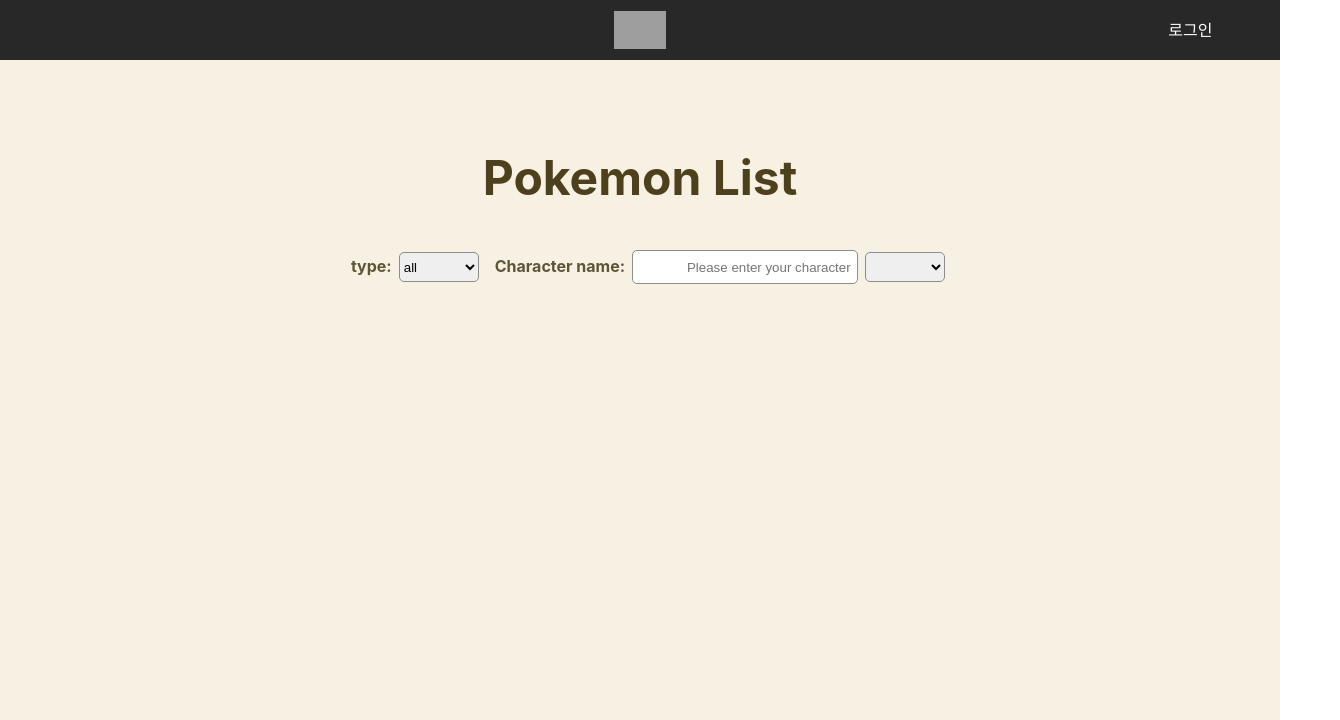
Repository: LeeYuNa0402/pokemon_vite
Page: /
An editor plug-in stored every save of this project. The page is shown before and after the next save, followed by the edit.
The browser window is 1280 px wide. The page is 1340 px wide, so the pictures cover 1340 px, including what lies to the right of the window. The pictures show the whole page.
Pictures or frames that could not be fetched are drawn as grey boxes. The page's requests for data from a server got no answer. The project was rebuilt for these pictures with package versions that can differ from the ones it lists, and the page was loaded fresh each time. No one was signed in, and anything a server would have sent is missing. Also part of the build but not shown: vite.config.ts, src/css/pokemon_type.css, src/PokemonDetail.tsx, src/Login.tsx, src/LoginInfo.tsx.

Above is the page before, as saved 2023-10-05 16:24:44.

### src/main.tsx
// import React from "react";
// import ReactDOM from "react-dom/client";
// import App from "./App.tsx";
// import "./index.css";

// ReactDOM.createRoot(document.getElementById("root")!).render(
//   <>
//     <App />
//   </>
// );

import ReactDOM from "react-dom/client";
import "./index.css";
import App from "./App";
import PokemonDetail from "./PokemonDetail";
import Login from "./Login";
import LoginInfo from "./LoginInfo";

import { createBrowserRouter, RouterProvider } from "react-router-dom";

const router = createBrowserRouter([
  {
    path: "/",
    element: <App />,
  },
  {
    path: ":name",
    element: <PokemonDetail />,
  },
  {
    path: "Login",
    element: <Login />,
  },
  {
    path: "LoginInfo",
    element: <LoginInfo />,
  },
]);

// const router = createBrowserRouter([
//   {
//     path: "/",
//     element: <Login />,
//   },
//   {
//     path: ":name",
//     element: <PokemonDetail />,
//   },
//   {
//     path: "App",
//     element: <App />,
//   },
//   {
//     path: "LoginInfo",
//     element: <LoginInfo />,
//   },
// ]);

const root = ReactDOM.createRoot(
  document.getElementById("root") as HTMLElement
);
root.render(<RouterProvider router={router} />);

### src/App.tsx
import PokemonList from "./PokemonList";

const App = () => {
  return (
    <div>
      <PokemonList />
    </div>
  );
};

export default App;

### src/PokemonList.tsx
import { useEffect, useState } from "react";
import axios from "axios";
import { useNavigate } from "react-router-dom";
import "./css/reset.css";
import "./css/style.css";
import CombineMenu from "./CombineMenu";
import Loading from "./Loading";

const PokemonList = () => {
  const navigate = useNavigate();
  // const { state } = useLocation();
  const [data, setData] = useState<any>([]);

  const [loading, setLoading] = useState(true);

  const [filterInput, setFilterInput] = useState("");
  const [filterSelect, setFilterSelect] = useState("all");
  const [sortName, setSortName] = useState("");
  const filterOptions = [
    { value: "all", name: "all" },
    { value: "grass", name: "grass" },
    { value: "poison", name: "poison" },
    { value: "fire", name: "fire" },
    { value: "flying", name: "flying" },
    { value: "water", name: "water" },
    { value: "bug", name: "bug" },
    { value: "normal", name: "normal" },
  ];

  useEffect(() => {
    const fetchData = async () => {
      const pokemonData = [];

      for (let i = 1; i <= 20; i++) {
        try {
          const response = await axios.get(
            `https://pokeapi.co/api/v2/pokemon/${i}`
          );
          pokemonData.push(response.data);
        } catch (error) {
          console.log(error, `pokemon ${i}`);
        }
      }

      setData(pokemonData);
      setLoading(false);
    };

    fetchData();
  }, []);

  const filteredData = data.filter((item: any) => {
    if (item.name.toLowerCase().includes(filterInput.toLowerCase()) === false) {
      console.log("없음");
    } else {
      if (filterSelect === "all") {
        return item.name.toLowerCase().includes(filterInput.toLowerCase());
      } else {
        return (
          item.name.toLowerCase().includes(filterInput.toLowerCase()) &&
          item.types.some((type: any) => type.type.name === filterSelect)
        );
      }
    }
  });

  return (
    <div className="pokemon-list">
      {loading ? (
        <Loading />
      ) : (
        <>
          <CombineMenu />

          <h1 className="main-tit">Pokemon List</h1>
          <form className="pokemon-search">
            <label htmlFor="types">type:</label>
            <select
              id="types"
              value={filterSelect}
              onChange={(e) => {
                setFilterSelect(e.target.value);
              }}
            >
              {filterOptions.map((option) => (
                <option key={option.value} value={option.value}>
                  {option.name}
                </option>
              ))}
            </select>

            <label htmlFor="types">Character name:</label>
            <input
              type="text"
              placeholder="
              Please enter your character name..."
              value={filterInput}
              onChange={(e) => {
                setFilterInput(e.target.value);
              }}
              className="search_input"
            />

            <select
              value={sortName}
              onChange={(e) => setSortName(e.target.value)}
            ></select>
          </form>
          <ul className="pokemon-cont">
            {filteredData?.map((item: any, index: number) => (
              <li
                onClick={() =>
                  navigate(item.name, {
                    state: {
                      name: item.name,
                      height: item.height,
                      weight: item.weight,
                      front_shiny: item.sprites.front_default,
                    },
                  })
                }
                key={`list_${index}`}
              >
                <span className="order"># {item.order}</span>
                <h2 className="name">{item.name}</h2>
                <img key={`list_${index}`} src={item.sprites.front_shiny} />

                <div>
                  {item?.types?.map((item: any, idx: any) => (
                    <p
                      key={`${idx}_${item.ability}`}
                      className={
                        item.type.name == "grass"
                          ? "grass"
                          : item.type.name == "water"
                          ? "water"
                          : item.type.name == "fire"
                          ? "fire"
                          : item.type.name == "bug"
                          ? "bug"
                          : item.type.name == "normal"
                          ? "normal"
                          : item.type.name == "poison"
                          ? "poison"
                          : item.type.name == "flying"
                          ? "flying"
                          : ""
                      }
                    >
                      {item.type.name}
                    </p>
                  ))}
                </div>
              </li>
            ))}
          </ul>
        </>
      )}
    </div>
  );
};

export default PokemonList;

### src/css/reset.css
html,
body,
div,
span,
applet,
object,
iframe,
h1,
h2,
h3,
h4,
h5,
h6,
p,
blockquote,
pre,
a,
abbr,
acronym,
address,
big,
cite,
code,
del,
dfn,
em,
img,
ins,
kbd,
q,
s,
samp,
small,
strike,
strong,
sub,
sup,
tt,
var,
b,
u,
i,
center,
dl,
dt,
dd,
ol,
ul,
li,
fieldset,
form,
label,
legend,
table,
caption,
tbody,
tfoot,
thead,
tr,
th,
td,
article,
aside,
canvas,
details,
embed,
figure,
figcaption,
footer,
header,
hgroup,
menu,
nav,
output,
ruby,
section,
summary,
time,
mark,
audio,
video {
  margin: 0;
  padding: 0;
  border: 0;
  font-size: 100%;
  font: inherit;
  vertical-align: baseline;
  /* color: #000; */
}
/* HTML5 display-role reset for older browsers */
article,
aside,
details,
figcaption,
figure,
footer,
header,
hgroup,
menu,
nav,
section {
  display: block;
}
body {
  line-height: 1;
}
ol,
ul {
  list-style: none;
}
blockquote,
q {
  quotes: none;
}
blockquote:before,
blockquote:after,
q:before,
q:after {
  content: "";
  content: none;
}
table {
  border-collapse: collapse;
  border-spacing: 0;
}

### src/css/style.css
#root {
  display: flex;
  justify-content: center;
  align-items: flex-start;
  /* height: 100vh; */
  /* background-color: rgba(26, 82, 142, 1);
    background-image: linear-gradient(to top, #304667, #041f4c);
    background: linear-gradient(to top, #304667, rgba(66, 16, 100, 0.6)),
      url(../image/cloude.png) no-repeat right 0; */
  background-color: #f6f1e3;
  /* padding: 8rem 0 8rem; */
  min-height: 100vh;
  width: 100%;
}

.pokemon-detail {
  text-align: center;
  width: 41%;
  background-color: #fcfcfc;
  border-radius: 20px;
  padding: 4rem 0;
  --tw-shadow: 0 4px 6px -1px rgb(0 0 0 / 0.1), 0 2px 4px -2px rgb(0 0 0 / 0.1);
  --tw-shadow-colored: 0 4px 6px -1px var(--tw-shadow-color),
    0 2px 4px -2px var(--tw-shadow-color);
  box-shadow: var(--tw-ring-offset-shadow, 0 0 #0000),
    var(--tw-ring-shadow, 0 0 #0000), var(--tw-shadow);
}

.pokemon-detail .name {
  font-size: 2rem;
  font-weight: bold;
  color: #746b4a;
}

.pokemon-detail .detail-img {
  width: 20%;
  border: 1px solid #8d7e49;
  margin: 1rem 0;
  --tw-shadow: 0 4px 6px -1px rgb(0 0 0 / 0.1), 0 2px 4px -2px rgb(0 0 0 / 0.1);
  --tw-shadow-colored: 0 4px 6px -1px var(--tw-shadow-color),
    0 2px 4px -2px var(--tw-shadow-color);
  box-shadow: var(--tw-ring-offset-shadow, 0 0 #0000),
    var(--tw-ring-shadow, 0 0 #0000), var(--tw-shadow);
  border-radius: 2%;
}

.pokemon-detail .characteristic {
  color: #282828;
}

.pokemon-detail .go-back-btn {
  position: absolute;
  top: 31%;
  left: 68.4%;
  transform: translate(-50%);
  background-color: #484848;
  /* width: 35px; */
  /* height: 35px; */
  border: none;
  border: 1px solid #484848;
  cursor: pointer;
  border-radius: 5px;
  transition: 0.3s;
  color: #fff;
  padding: 0.4rem 0.8rem;
}

.pokemon-detail .go-back-btn:hover {
  background-color: #fff;
  color: #000;
}

.pokemon-list {
  /* max-width: 1400px; */
  width: 100%;
  width: 1400px;
  margin-top: 11%;
}

.pokemon-list h1 {
  /* color: #ffc400;
    list-style: none;
    padding-left: 0px;
    text-align: center;
    margin-top: 0;
    font-size: 3rem;
    font-weight: bold; */
  /* padding-top: 5rem; */
}

.pokemon-list .order {
  font-size: 0.9rem;
  color: #b0a48b;
  position: absolute;
  top: 5%;
  left: 5%;
}

.main-tit {
  text-align: center;
  color: #4c411a;
  font-size: 3rem;
  font-weight: bold;
}

.pokemon-cont {
  display: flex;
  justify-content: flex-start;
  align-items: center;
  flex-wrap: wrap;
  list-style: none;
  padding-left: 0px;
  margin-top: 3rem;
  padding-bottom: 9rem;
}

.pokemon-cont li {
  position: relative;
  background-color: #fcfcfc;
  width: 24%;
  padding: 2rem 1rem;
  margin-bottom: 1rem;
  margin-right: 1%;
  text-align: center;
  cursor: pointer;
  transition: 0.3s;
  color: #6e623c;
  font-weight: bold;
  font-size: 1.1rem;
  --tw-shadow: 0 4px 6px -1px rgb(0 0 0 / 0.1), 0 2px 4px -2px rgb(0 0 0 / 0.1);
  --tw-shadow-colored: 0 4px 6px -1px var(--tw-shadow-color),
    0 2px 4px -2px var(--tw-shadow-color);
  box-shadow: var(--tw-ring-offset-shadow, 0 0 #0000),
    var(--tw-ring-shadow, 0 0 #0000), var(--tw-shadow);
  border-radius: 18px;
  box-sizing: border-box;
}

.pokemon-cont li:hover {
  transform: scale(1.05);
}

.pokemon-cont li:nth-child(4n) {
  margin-right: 0;
}

.pokemon-detail {
  text-align: center;
  margin: 29vh 0;
}
.pokemon-name {
  font-size: 2rem;
  font-weight: bold;
  color: #ffc400;
}

.main-cha {
  border: 1px solid gray;
  padding: 3rem;
  margin: 1rem 0;
  transition: 0.2s;
  --tw-shadow: 0 4px 6px -1px rgb(0 0 0 / 0.1), 0 2px 4px -2px rgb(0 0 0 / 0.1);
  --tw-shadow-colored: 0 4px 6px -1px var(--tw-shadow-color),
    0 2px 4px -2px var(--tw-shadow-color);
  box-shadow: var(--tw-ring-offset-shadow, 0 0 #0000),
    var(--tw-ring-shadow, 0 0 #0000), var(--tw-shadow);
}

.main-cha:hover {
}

.s-cha {
  border: 1px solid #e8e8e8;
  padding: 1rem;
  margin-right: 1%;
  background-color: #fafafa;
  transition: 0.2s;
  margin-top: 3rem;
}
.s-cha:last-child {
  margin-right: 0;
  margin-top: 1%;
}
.s-cha:hover {
  --tw-shadow: 0 4px 6px -1px rgb(0 0 0 / 0.1), 0 2px 4px -2px rgb(0 0 0 / 0.1);
  --tw-shadow-colored: 0 4px 6px -1px var(--tw-shadow-color),
    0 2px 4px -2px var(--tw-shadow-color);
  box-shadow: var(--tw-ring-offset-shadow, 0 0 #0000),
    var(--tw-ring-shadow, 0 0 #0000), var(--tw-shadow);
}

.abilities {
  display: flex;
  justify-content: center;
  align-items: center;
}
.abilities > div {
  margin-right: 5px;
}

/* ***********************login 페이지************************* */
.Login {
  /* background-color: #f5f5f9;
    width: 100%;
    height: 100vh;
    padding-top: 23vh; */
  padding: 12rem 0;
}
.login-cont {
  background-color: #fcfcfc;
  width: 20%;
  margin: 0 auto;
  padding: 1rem;
  /* text-align: center; */
  padding: 3.5rem 3rem 5rem;
  --tw-shadow: 0 4px 6px -1px rgb(0 0 0 / 0.1), 0 2px 4px -2px rgb(0 0 0 / 0.1);
  --tw-shadow-colored: 0 4px 6px -1px var(--tw-shadow-color),
    0 2px 4px -2px var(--tw-shadow-color);
  box-shadow: var(--tw-ring-offset-shadow, 0 0 #0000),
    var(--tw-ring-shadow, 0 0 #0000), var(--tw-shadow);
  border-radius: 10px;
}

.forgot-pass {
  position: absolute;
  right: 0;
  top: 0;
  color: #696cff;
  font-size: 0.8rem;
}

.password-wrap {
  position: relative;
}
.fontawesome-eye {
  position: absolute;
  right: 2%;
  padding: 5px;
  /* border: 1px solid red; */
  top: 37%;
  cursor: pointer;
}
.Login .pokemon-logo {
  width: 43%;
  display: block;
  margin: 0 auto 2rem;
}

.Login h2 {
  font-size: 1.2rem;
  margin-bottom: 0.2rem;
}

.Login p {
  font-size: 1rem;
}
.Login form {
  margin: 2rem 0 1.3rem;
}
.Login form input {
  width: 100%;
  padding: 0.6rem 0.2rem;
  margin-top: 7px;
  border-radius: 7px;
  outline: 0;
  border: 1px solid #c7cdd4;
  border-radius: 0.375rem;
  box-sizing: border-box;
}

.Login form input:focus {
  outline: none;
  border-color: #696cff !important;
}

.Login form label {
  display: block;
  text-align: left;
  font-weight: bold;
  color: #4f4d4d;
  cursor: pointer;
}

.Login .sign-in {
  display: block;
  margin: 0 auto;
  background: linear-gradient(to bottom, rgb(57 42 88) 0%, rgb(68 79 116) 100%);
  color: white;
  padding: 10px 30px;
  border: 1px solid rgba(0, 0, 0, 0.21);
  border-bottom: 4px solid rgb(39 49 83);
  border-radius: 4px;
  text-shadow: 0 1px 0 rgba(0, 0, 0, 0.15);
  transition: 0.3s;
  width: 100%;
  cursor: pointer;
}

.Login .sign-in:hover {
  transform: translateY(5px);
  background: linear-gradient(to bottom, rgb(48 34 76) 0%, rgb(60 72 112) 100%);
}

.Login .check-remember input {
  width: auto;
}

.Login label {
  font-size: 0.9rem;
}

.Login input {
  margin-bottom: 15px;
}
.Login input[type="password"] {
  /* margin-bottom: 8px; */
}

.Login input[type="checkbox"] {
  margin-right: 5px;
}

button[disabled] {
  background: linear-gradient(
    to bottom,
    rgb(196 200 203) 0%,
    rgb(154 154 154) 100%
  ) !important;
  cursor: default !important;
  border-bottom: 4px solid rgb(142 145 146) !important;
}
button[disabled]:hover {
  transform: translateY(0) !important;
}
.create-account-wrap {
  text-align: center;
  margin-top: 1rem;
}
.create-account {
  color: #696cff;
}

/* ***********************LoginInfo 페이지************************* */
.logininfo {
  text-align: center;
  background-color: #ededed;
  padding: 5rem;
  border-radius: 15px;

  width: 19%;
}

.logininfo .member {
  font-size: 1.8rem;
  font-weight: bold;
  margin-bottom: 6rem;
}

.logininfo button {
  margin: 0 auto;
  color: white;
  border: 1px solid rgba(0, 0, 0, 0.21);
  border-radius: 4px;
  text-shadow: 0 1px 0 rgba(0, 0, 0, 0.15);
  transition: 0.3s;
  width: 49%;
  cursor: pointer;
  height: 45px;
  line-height: 44px;

  background: linear-gradient(to bottom, rgb(57 42 88) 0%, rgb(68 79 116) 100%);
  border: 1px solid rgba(0, 0, 0, 0.21);
  border-bottom: 4px solid rgb(39 49 83);
}

.logininfo button:first-child {
  margin-right: 1%;
}

/* .combine-menu */
.combine-menu {
  width: 100%;
  position: fixed;
  top: 0;
  height: 60px;
}

.combine-menu .login {
}

.combine-menu .profile {
  color: #fff;
  position: absolute;
  right: 2%;
  top: 50%;
  transform: translateY(-50%);
  display: flex;
  justify-content: space-around;
  align-items: center;
  width: 10%;
}
.combine-menu .profile .profile-name {
  text-shadow: 0 0 4px #fed22c;
  animation: flicker 1.5s infinite alternate;
  display: flex;
  justify-content: center;
  align-items: center;
}

.combine-menu .profile .name img {
  vertical-align: sub;
  margin-right: 5px;
}

@keyframes flicker {
  /* 0%,
    18%,
    22%,
    25%,
    53%,
    57%,
    100% {
      text-shadow: 0 0 4px #fff, 0 0 11px #fff, 0 0 20px rgb(241, 255, 43);
    }
    20%,
    24%,
    55% {
      text-shadow: none;
    } */
  50% {
    /* opacity: 0; */
    text-shadow: none;
  }
}

.combine-menu {
  width: 100%;
  background-color: #282828;
  position: fixed;
  left: 0;
  top: 0;
  display: flex;
  justify-content: center;
  align-items: center;
  color: #fff;
  z-index: 2;
}

.combine-menu .login {
  cursor: pointer;
  color: #fff;
  transition: 0.2s;
}

.combine-menu .login:hover {
  color: #f6c50b;
}

.combine-menu .logo {
  width: 4%;
}

.appear {
  display: block;
}

.disappear {
  display: none;
}

/* loading */
.loading {
  font-size: 5rem;
}

.pokemon-search {
  text-align: center;
  margin-top: 3rem;
}

.pokemon-search label {
  margin-left: 1rem;
  font-weight: bold;
  color: #5e5534;
}

.pokemon-search input {
  width: 220px;
}
.pokemon-search select {
  width: 80px;
}

.pokemon-search input,
.pokemon-search select {
  margin-left: 7px;
  border-radius: 5px;
  border: 1px solid #8d8d8d;
  height: 30px;
}

### src/CombineMenu.tsx
import { useNavigate } from "react-router-dom";
import "./css/style.css";

const CombineMenu = () => {
  const navigate = useNavigate();

  const onClickImg = () => {
    navigate(`/Login`);
  };

  // console.log(sessionStorage.getItem("key"), "<===이거 확인중");

  const logoutBtn = () => {
    sessionStorage.removeItem("key");
    localStorage.removeItem("key");
    window.location.reload();
  };

  return (
    <div className="combine-menu">
      <img
        className="logo"
        src="https://lh3.googleusercontent.com/3TSaKxXGo2wT0lu0AyNUBnkk6wkCC2AzOhJyy3JXIPm-AmZ1k9DSAroWeBUyePswCZSs5lVp3mPF7HzUpY9VPlyOV5eddITONINr3WSqLNLm=e365-w1860"
      />

      <div className="profile">
        <div>
          {/* <img
            src="https://file.valofe.com/Valofe_file/web/vfun/images/common/grade/g-new.png"
            alt="g-new"
          /> */}

          {sessionStorage.getItem("key") === null &&
          localStorage.getItem("key") === null
            ? ""
            : sessionStorage.getItem("key") !== null
            ? `${sessionStorage.getItem("key")}님`
            : localStorage.getItem("key") !== null
            ? `${localStorage.getItem("key")}님`
            : ""}
        </div>

        <div className="login" onClick={onClickImg}>
          {sessionStorage.getItem("key") === null &&
          localStorage.getItem("key") === null
            ? "로그인"
            : ""}
          {/* 로그인 */}
        </div>

        <div className="login" onClick={logoutBtn}>
          {sessionStorage.getItem("key") === null &&
          localStorage.getItem("key") === null
            ? ""
            : "로그아웃"}
        </div>
      </div>
    </div>
  );
};

export default CombineMenu;

### src/Loading.tsx
import "./css/style.css";

const Loading = () => {
  return <div className="loading">로딩중....</div>;
};

export default Loading;

Loaded but not shown: index.html (common file); src/index.css (common file)

After the next save:
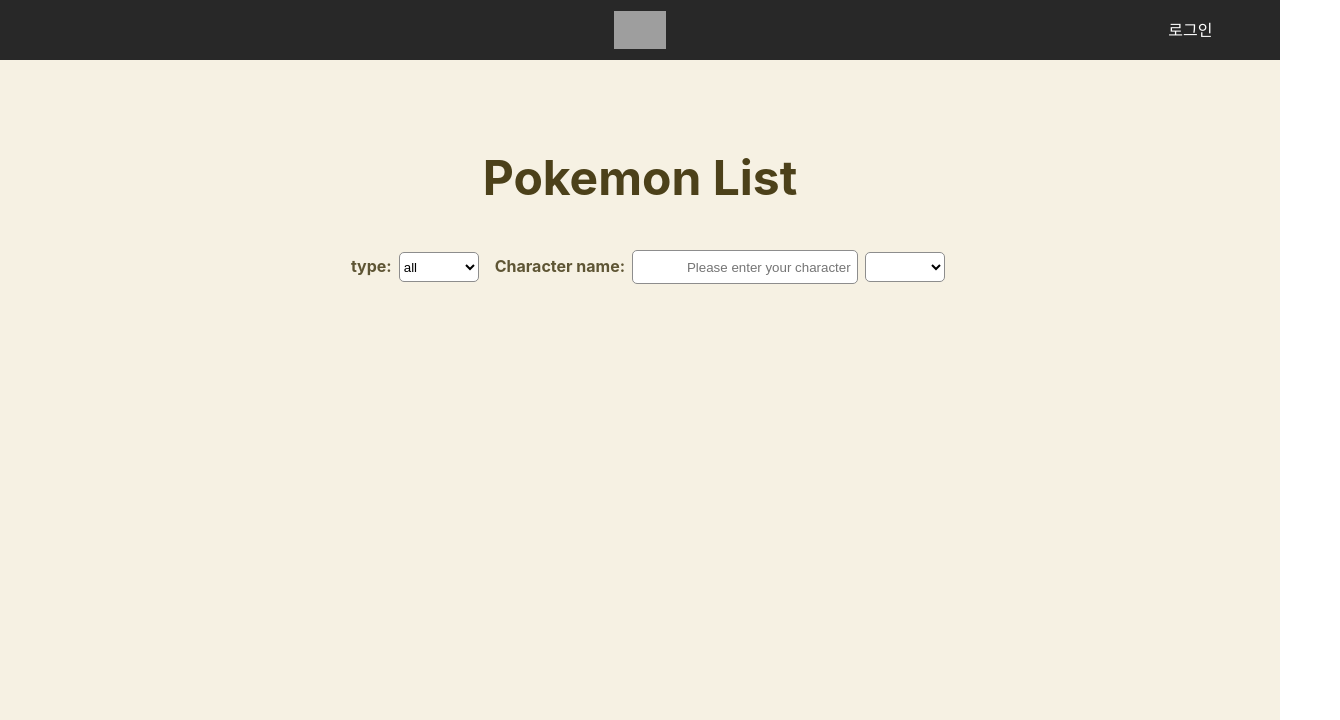
Saved 7 s later.
--- a/src/css/style.css
+++ b/src/css/style.css
@@ -497,4 +497,5 @@
   border-radius: 5px;
   border: 1px solid #8d8d8d;
   height: 30px;
-}
+  background-color: #fff;
+}
